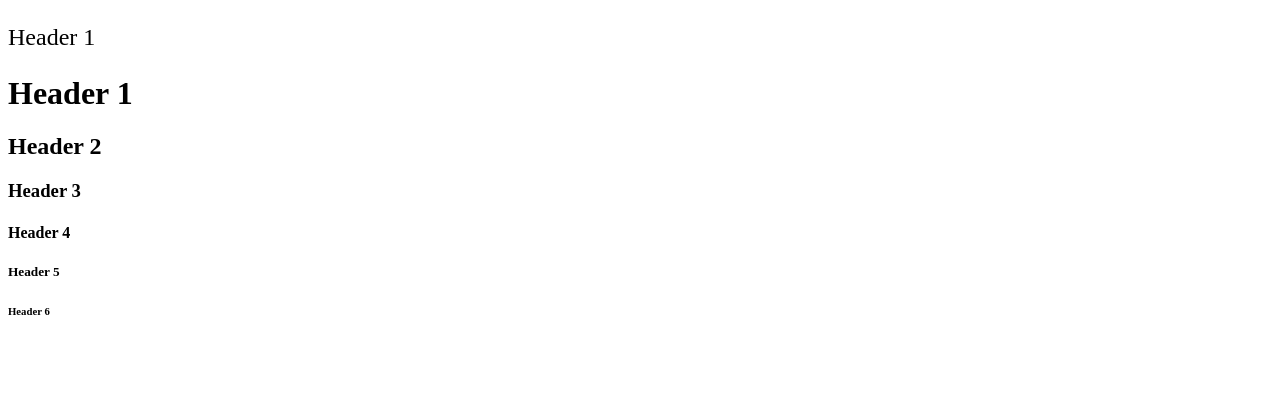
Repository: soso1525/bitcamp
Page: workspace/java-web/src/main/webapp/ch2/2-3.html
An editor plug-in stored every save of this project. The page is shown before and after the next save, followed by the edit.
The browser window is 1280 px wide. The pictures show the whole page.

Above is the page before, as saved 2017-12-12 03:53:54.

After the next save:
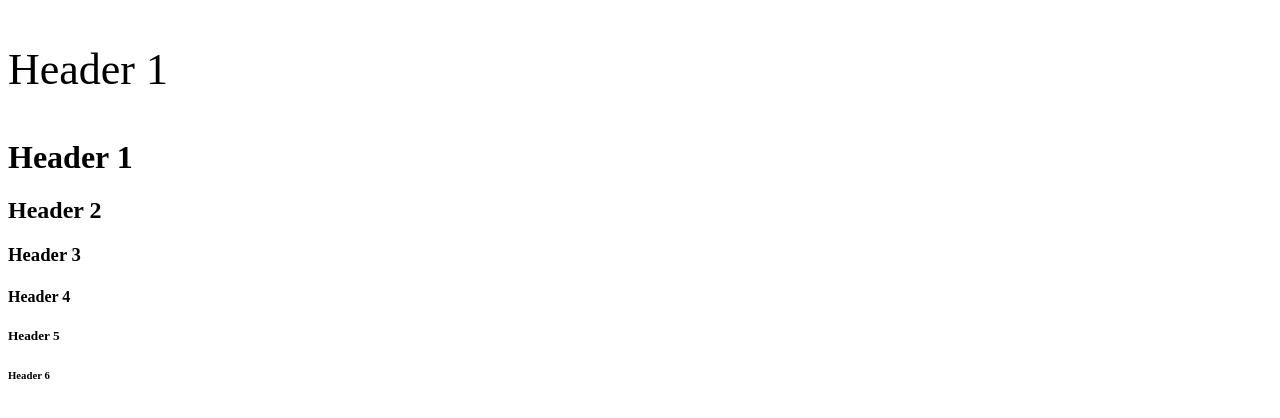
Saved 8 s later.
--- a/workspace/java-web/src/main/webapp/ch2/2-3.html
+++ b/workspace/java-web/src/main/webapp/ch2/2-3.html
@@ -4,7 +4,7 @@
     <title>HTML5 + CSS3 Text</title>
 </head>
 <body>
-    <p style="font-size: 24px;">Header 1</p>
+    <p style="font-size: 44px;">Header 1</p>
     <h1>Header 1</h1>
     <h2>Header 2</h2>
     <h3>Header 3</h3>
